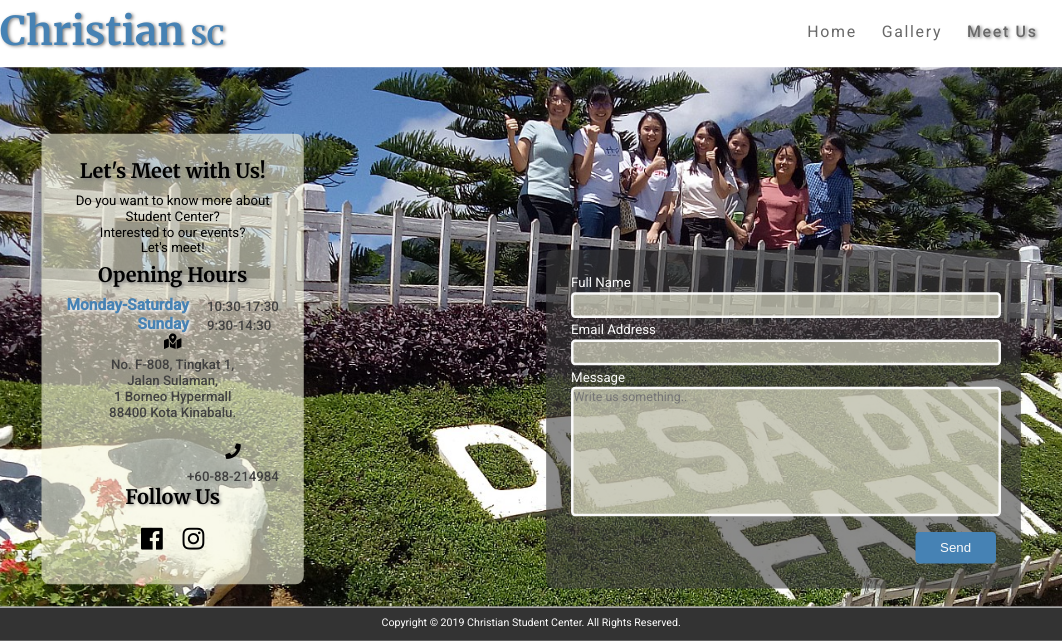
Repository: kongteckmee/christian-sc
Page: meet.html
The author's editor kept a record of every edit. The page is drawn from the files as they stood at one moment, then again after the next edit.
The browser window is 1280 px wide. The pictures show the whole page, at 83% of full size.
Some web libraries are served in a nearby version.

Above is the page before.

### meet.html
<!DOCTYPE html>
<html lang="en">

<head>
    <meta charset="UTF-8">
    <meta name="viewport" content="width=device-width, initial-scale=1.0">
    <meta http-equiv="X-UA-Compatible" content="ie=edge">
    <link rel="stylesheet" href="https://use.fontawesome.com/releases/v5.1.1/css/all.css" integrity="sha384-O8whS3fhG2OnA5Kas0Y9l3cfpmYjapjI0E4theH4iuMD+pLhbf6JI0jIMfYcK3yZ" crossorigin="anonymous">
    <link rel="stylesheet" href="assets/css/style.css" type="text/css" />
    <title>Christian Student Center</title>
</head>

<body>
    <header>
        <a id="logo" href="index.html">
            <h2><span style="font-size: 150%">Christian</span> SC</h2>
        </a>
        <nav>
            <ul id="scmenu">
                <li>
                    <a class="scactive" href="meet.html">Meet Us</a>
                </li>
                <li>
                    <a href="gallery.html">Gallery</a>
                </li>
                <li>
                    <a href="index.html">Home</a>
                </li>
            </ul>
        </nav>
    </header>
    <section id="meet">
        <div id="location">
            <h2>Let's Meet with Us!</h2>
            <p>Do you want to know more about Student Center?</p>
            <p>Interested to our events?</p>
            <p>Let's meet!</p>
            <br>
            <h2>Opening Hours</h2>
            <div id="day">
                <h3>Monday-Saturday</h3>
                <h3>Sunday</h3>
            </div>
            <div id="time">
                <p>10:30-17:30</p>
                <p>9:30-14:30</p>
            </div>
            <div id="address">
                <h3><i class="fas fa-map-marked-alt"></i></h3>
                <br>
                <p>No. F-808, Tingkat 1,</p>
                <p>Jalan Sulaman,</p>
                <p>1 Borneo Hypermall</p>
                <p>88400 Kota Kinabalu.</p>
            </div>
            <br>
            <div id="phone">
                <h3><i class="fas fa-phone"></i></h3>
                <br>
                <p>+60-88-214984</p>
            </div>
            <br>
            <div id="follow">
                <h2>Follow Us</h2>
                <nav>
                    <ul id="social">
                        <li><a href="https://www.facebook.com/thechurchinkk/" target="_blank"> <i class="fab fa-facebook"></i></a></li>
                        <li><a href="https://www.instagram.com/studentcenterkk/" target="_blank"> <i class="fab fa-instagram"></i></a></li>
                    </ul>
                </nav>
            </div>
        </div>
        <div id="form">
            <form>
                <label for="fullname">Full Name</label>
                <input class="place-input" type="text" name="full_name" id="fullname" required />
                <label for="email">Email Address</label>
                <input class="place-input" type="email" name="email_address" id="email" required />
                <label for="message">Message</label>
                <textarea class="place-input" id="message" name="message" placeholder="Write us something.." style="height:150px" required></textarea>
                <button type="submit">Send</button>
            </form>
        </div>
    </section>
    <footer>
        <div id="footer-copyright">
            <p>Copyright © 2019 Christian Student Center. All Rights Reserved.</p>
        </div>
    </footer>
</body>

</html>

### assets/css/style.css
@import url('https://fonts.googleapis.com/css?family=Merriweather:500,600,700|Roboto:300,400,500');

* {
    margin: 0;
    padding: 0;
    border: 0;
}

body {
    font-family: 'Roboto', sans-serif;
    color: #696969; /*Grey color */
}

/* ------------------------------------------------------ Header */

#logo {
    float: left;
    text-decoration: none;
}

#logo h2 {
    font-family: 'Merriweather', serif;
    font-size: 200%;
    color: #4682b4; /* Steel Blue color */
    text-shadow: 2px 2px 4px #808080;
}

#scmenu {
    font-size: 120%;
    list-style-type: none;
    letter-spacing: 2px;
}

#logo, #scmenu {
    line-height: 75px;
}

#scmenu li {
    float: right;
    margin-right: 30px;
}

#scmenu a {
    text-decoration: none;
    color: inherit;
}

#scmenu a:hover {
    color: #4682b4; /* Steel Blue color */
    font-weight: 500;
    text-shadow: 2px 2px 4px #808080;
}

.scactive {
    font-weight: 500;
    text-shadow: 2px 2px 4px #808080;
}

/* ------------------------------------------------------ Section: Welcome */

#scmeeting {
    height: 700px;
    width: 100%;
    background: url("../img/meeting-t.jpg") no-repeat center center;
}

#scgallery {
    height: 550px;
    width: 100%;
    background: url("../img/r_combined-t.jpg") no-repeat center center;
    margin-left: 140px;
    overflow: hidden;
}

#outing {
    height: 720px;
    width: 100%;
}

#photo img {
    width: 49%;
    margin-left: 4px;
}

#scmeetingrange {
    height: 700px;
    width: 100%;
    overflow: hidden;
}

#welcome-text {
    width: 400px;
    height: 220px;
    color: #fefcff; /* Milky white */
    background-color: rgba(212,175,55,.7);
    padding-top:20px;
    bottom: 35px; /* Fixed the welcome text box-bottom */
    right: 100px; /* Fixed the welcome text box-right */
    position: absolute;
}

#gallery-text {
    width: 350px;
    height: 350px;
    color: #fefcff; /* Milky white */
    background-color: rgba(219,112,147,.7);
    padding-top:20px;
    bottom: 200px;
    right: 940px;
    position: absolute;
}

#outing-text h1, #photo h1 {
    text-shadow: 2px 2px 4px #808080;
}

#video iframe {
    margin: 0 auto;
    display: block;
}

#welcome-text h1 {
    margin-bottom: 5px;
    font-size: 300%;
    font-family: 'Merriweather', serif;
    text-transform: uppercase;
    text-align: center;
    letter-spacing: 4px;
}

#gallery-text h1, #outing-text h1, #photo-text h1 {
    margin-top: 10px;
    margin-bottom: 20px;
    font-size: 250%;
    font-family: 'Merriweather', serif;
    /*text-transform: uppercase;*/
    text-align: center;
    letter-spacing: 4px;
}

hr {
    width: 80%;
    height: 3px;
    margin-left: auto;
    margin-right: auto;
    background-color:#fefcff; /* Milky white */
}

#welcome-text h3 {
    margin: 20px;
    font-size: 130%;
    font-weight: 300;
    text-align: center;
}

#gallery-text h3, #outing-text h3, #photo-text h3 {
    margin: 35px;
    font-size: 130%;
    font-weight: 300;
    text-align: center;
}

/* ------------------------------------------------------ Section: About */

#about {
    height: 500px;
}

#about h1 {
    margin-top: 30px;
    margin-bottom: 30px;
    font-family: 'Merriweather', serif;
    color: #4682b4; /* Steel Blue color */
    text-transform: uppercase;
    text-align: center;
    text-shadow: 2px 2px 4px #808080;
    font-size: 200%;
    letter-spacing: 1px;
}

#about h2 {
    font-family: 'Merriweather', serif;
    font-size: 130%;
    text-transform: uppercase;
    text-shadow: 2px 2px 4px #808080;
}

#left {
    margin-right: 30px;
    padding-top: 30px;
    width: 30%;
    float: left;
}

#right {
    margin-right: 30px;
    padding-top: 30px;
    width: 30%;
    float: right;
}

#center {
    padding-top: 30px;
    width: 33%;
    margin: 0 auto; /* center the div */
}

br {
    display: block;
    content: "";
    margin: 2em;
    font-size: 24%; /* spacing */
}

.left-right-side {
    width: 50%;
    float: right;
    padding-top: 40px;
    clear: both;
    margin-left: 20px;
    margin-bottom: 50px;
}

.middle {
    width: 50%;
    float: right;
    padding-top: 40px;
    margin-right: 20px;
}

#container {
    width: 150px;
    height: 150px;
    border: 3px solid #cccccc;
    border-radius: 50%;
    margin-left: 20px;
    margin-bottom: 20px;
}

#contain-study {
    background: url("../img/study-group.jpg") no-repeat center center;
    height: 100%;
    border-radius: 50%;
}

#contain-wifi {
    background: url("../img/free-wifi.jpg") no-repeat center center;
    height: 100%;
    border-radius: 50%;
}

#contain-seminar {
    background: url("../img/truth-seminar.jpg") no-repeat center center;
    height: 100%;
    border-radius: 50%;
}

#contain-bible {
    background: url("../img/bible-study.jpg") no-repeat center center;
    height: 100%;
    border-radius: 50%;
}

#contain-cafe {
    background: url("../img/cafe.jpg") no-repeat center center;
    height: 100%;
    border-radius: 50%;
}

#contain-books {
    background: url("../img/spiritual-book.jpg") no-repeat center center;
    height: 100%;
    border-radius: 50%;
}

/* ------------------------------------------------------ Section: Event */

#event {
    height: 250px;
    /*background-color: #a9a9a9;*/
}

#event div {
    color: #ffebcd;
    width: 19.2%;
    height: 90%;
    float: left;
    padding-top: 30px;
    text-align: center;
    margin: 5px;
}

#event h2 {
    color: #ffffff;
    font-family: 'Merriweather', serif;
    margin-bottom: 20px;
}

#event h3 {
    margin-top: 20px;
    font-weight: 400;
}

.black {
    background-color: rgba(48,48,48,.8);
}

.black h2 {
    line-height: 120px;
    text-transform: uppercase;
    text-shadow: 5px 5px 0px rgba(0,0,0,0.2);
}

.black h3 {
    color: #ffffff;
    font-size: 200%;
    text-shadow: 5px 5px 0px rgba(0,0,0,0.2);
}

.grey {
    background-color: rgba(105,105,105,.8);
}

.green {
    background-color: rgba(102,102,0,.8);
}

/* ------------------------------------------------------ Meet Us page */

#meet {
    height: 650px;
    width: 100%;
    clear: both;
    background: url("../img/desa.jpg") no-repeat center center;
}

#location {
    width: 20%;
    margin: 80px 0 0 50px;
    padding: 30px 30px 30px 30px;
    float: left;
    background-color: rgba(245,245,220,0.6);
    border-radius: 10px;
    color: #000;
    text-align: center;
}

#location h2 {
    font-family: 'Merriweather', serif;
    text-shadow: 2px 2px 4px #808080;
    margin-bottom: 10px;
}

#open {
    padding-top: 30px;
}

#day{
    float: left;
    text-align: right;
}

#day h3 {
    color: #4682b4;
    text-shadow: 2px 2px 4px #fff;
}

#time {
    float: right;
    text-align: left;
    color: #404040;
}

#time p {
    margin-top: 3px;
    font-weight: 500;
}

#address {
    clear: both;
    margin-top: 20px;
}

#address h3 {

}

#phone {
    float: right;
    margin-top: 20px;
}

#contact p, #address p, #phone p {
    font-weight: 500;
    color: #404040;
}

#follow {
    clear: both;
    margin-top: 20px;
}

#social li {
    display: inline;
}

#social i {
    font-size: 30px;
    margin: 10px;
    color: #000;
}

#social i:hover {
    color: #4682b4;
}

#form {
    width: 40%;
    margin: 220px 50px 0 0;
    padding: 30px 30px 30px 30px;
    float: right;
    background-color: rgba(60,60,60,0.6);
    border-radius: 10px;
    color: #fafafa;
}

.place-input {
    background-color: rgba(245,245,220,0.6);
    width: 100%;
    height: 25px;
    margin: 2px 0 5px 0;
    border: 3px solid #fafafa;
    border-radius: 5px;
    font-family: 'Roboto', sans-serif;
    font-size: 15px;
}

.place-input:hover {
    border-color: #4682b4;
}

textarea {
    resize: none;
}

button {
    background-color: #4682b4;
    margin-top: 10px;
    padding: 10px 30px 10px 30px;
    border-radius: 5px;
    color: #fafafa;
    font-size: 100%;
    text-align: center;
    display: block;
    float: right;
}

button:hover {
    background-color: #fafafa;
    color: #4682b4;
}

/* ------------------------------------------------------ Footer */

footer {
    /*margin-top: 5px;*/
    border-top: 1px solid #fff;
    height: 40px;
    width: 100%;
    background-color: #333333;
    clear: both;
}

footer #footer-copyright {
    color: #fff;
    line-height: 35px;
    font-size: 80%;
    text-align: center;
}

After the next edit:
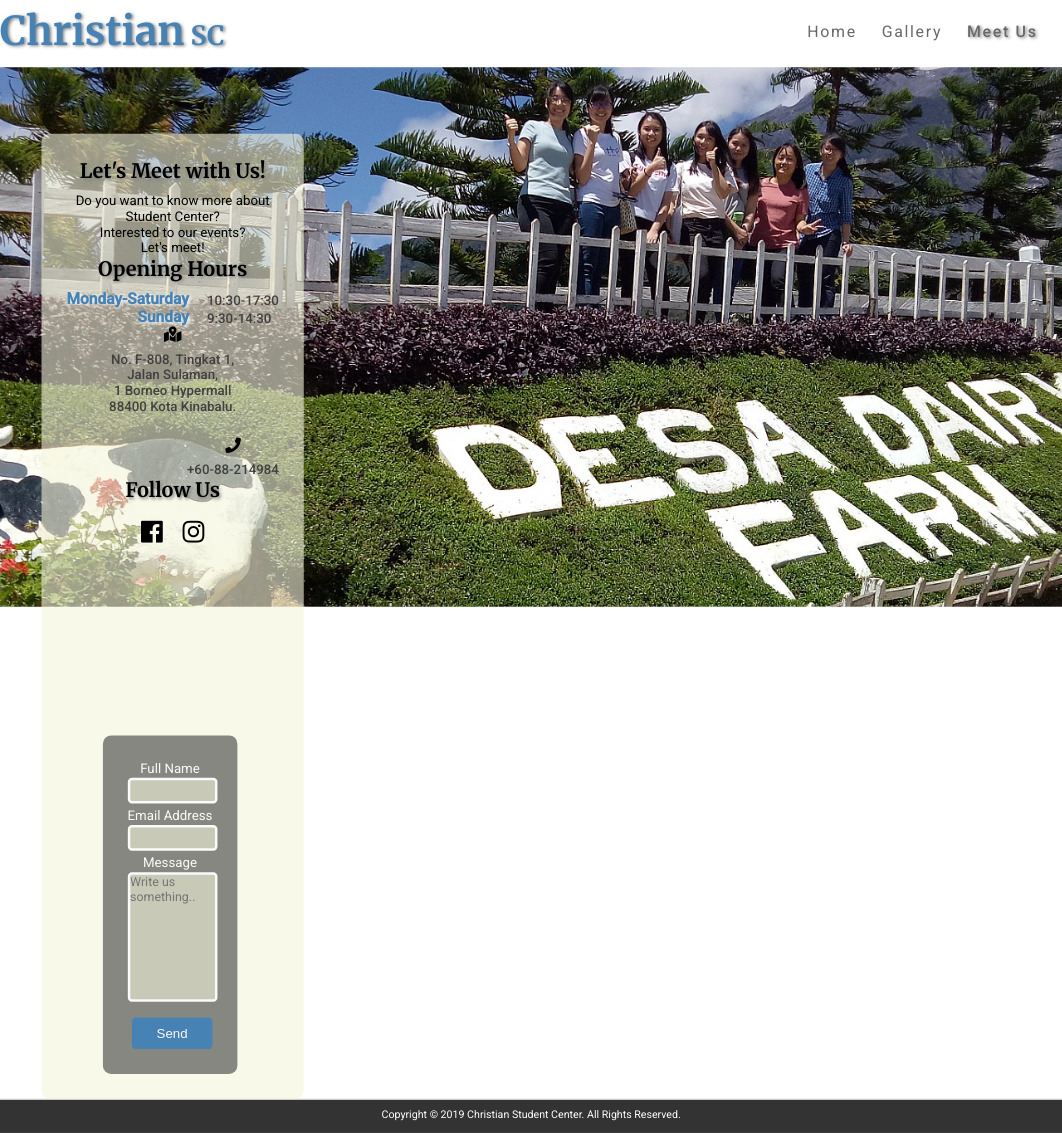
The edit:
--- a/meet.html
+++ b/meet.html
@@ -35,7 +35,7 @@
             <p>Do you want to know more about Student Center?</p>
             <p>Interested to our events?</p>
             <p>Let's meet!</p>
-            <br>
+            <div>
             <h2>Opening Hours</h2>
             <div id="day">
                 <h3>Monday-Saturday</h3>
